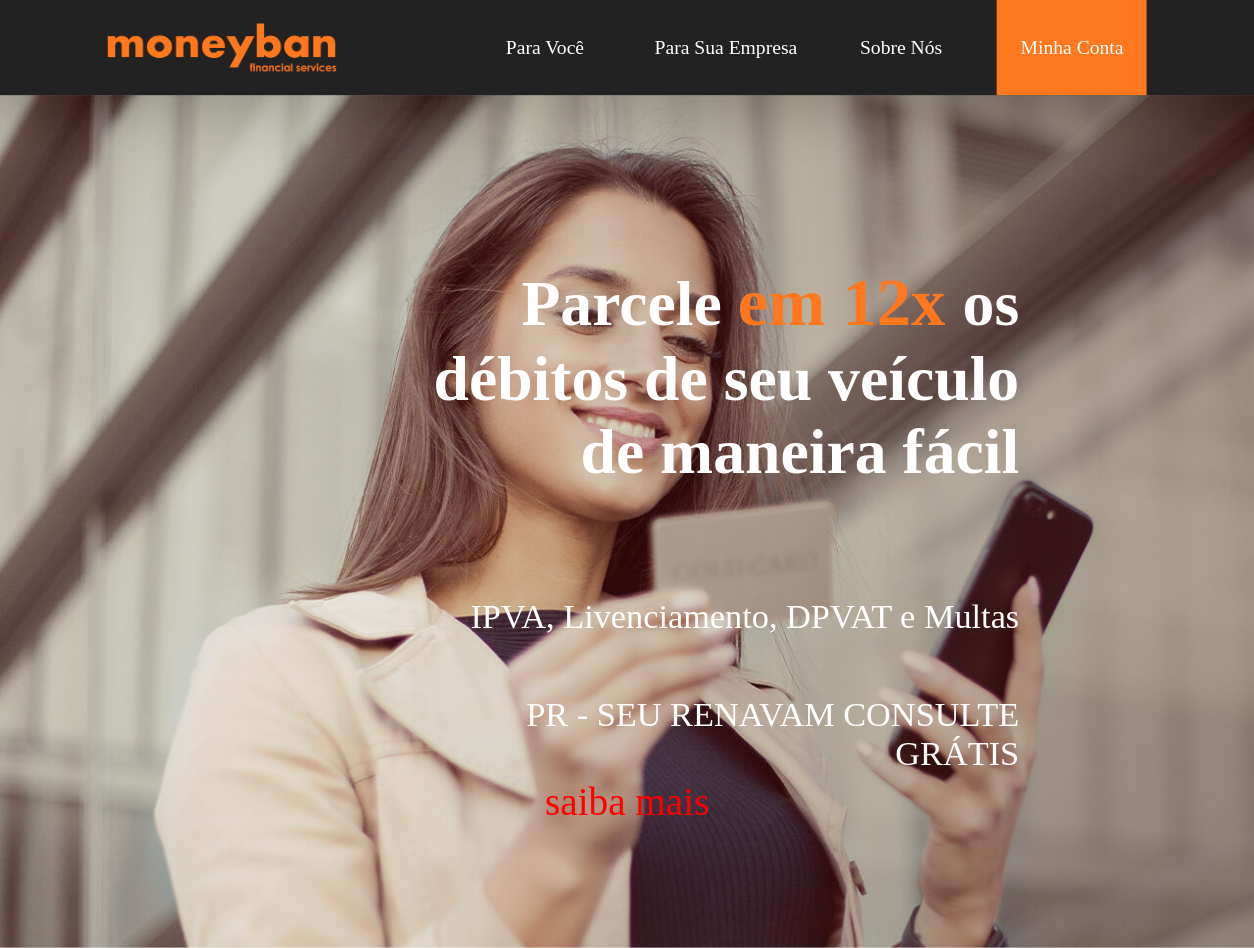
Repository: IvanCardoso91/moneyban
Page: index.html
The author's editor kept a copy of each file at every save. The page is drawn from the files as they stood at one save, then again after the next save.
The browser window is 1280 px wide. The pictures show the whole page, at 98% of full size.
Some icons come from a web library that is not loaded, so they are not drawn. Some web fonts or font styles are not loaded; a fallback is used.

Above is the page before, as saved 2020-12-15 14:43:21.

### index.html
<!DOCTYPE html>
<html lang="en">

<head>
    <meta charset="UTF-8">
    <meta name="viewport" content="width=device-width, initial-scale=1.0">
    <link rel="stylesheet" href="./style/main-style.css" type="text/css">
    <link href="/Repositorios/site-moneyban/assets/fontawesome-free/css/all.css" rel="stylesheet">
    <title>Moneyban</title>
    <div class="menu-box">
        <div class="site-title">
            <img src="./assets/img/moneyban 3.png" alt="moneyban" width="233" height="49" />
        </div>
        <div class="menu-options">
            <div style="height: 100%; display: flex;align-items: center;">
                <button onclick="myFunction('personal')" class="menu-options-btn menu-options-text">Para Você <i class="fas fa-chevron-down"></i></button>
                <div style="position: absolute; margin-top: 335px;">
                    <div id="myDropdown" class="dropdown-content">
                        <a>Detran Parcelado</a>
                        <a>Credito Pessoal <span>(em breve)</span></a>
                        <a>Conta Digital <span>(em breve)</span></a>
                        <a>Cartão Internacional <span>(em breve)</span></a>
                        <a>Seguro de Celular <span>(em breve)</span></a>
                    </div>
                </div>
            </div>
            <div style="height: 100%; display: flex;align-items: center;">
                <button onclick="myFunction('enterprise')" class="menu-options-btn menu-options-text">Para Sua Empresa <i class="fas fa-chevron-down"></i></button>
                <div style="position: absolute; margin-top: 295px;">
                    <div id="enterpriseDropdown" class="dropdown-content" style="margin-left: 18px;">
                        <a>Detran Parcelado Frota</a>
                        <a>Capital de Giro <span>(em breve)</span></a>
                        <a>Conta Digital <span>(em breve)</span></a>
                        <a>Cartão Internacional <span>(em breve)</span></a>
                    </div>
                </div>
            </div>
            <div style="height: 100%; display: flex;align-items: center;">
                <span class="menu-options-text"><a>Sobre Nós</a></span>
            </div>
            <div class="menu-options-my-account"><a>Minha Conta</a></div>
        </div>
    </div>
</head>

<body>
    <div class="box-img1">
        <div class="right-side-box">
            <span class="right-side-text">Parcele <span style="color: #FF781D !important; font-size: 70px; font-weight: bold"> em 12x </span> os débitos de seu veículo de maneira fácil</span>
        </div>
        <div class="right-side-box2">
            <span class="right-side-text2">IPVA, Livenciamento, DPVAT e Multas</span>
        </div>
        <div class="right-side-box3">
            <span class="right-side-text2">PR - SEU RENAVAM CONSULTE GRÁTIS</span>
        </div>
        <div class="center-know-more">
            saiba mais
        </div>
    </div>





    <script type="text/javascript" src="./script/main-index.js"></script>
</body>

</html>

### style/main-style.css
@font-face {
    font-family: 'Century Gothic';
    src: url('/Repositorios/site-moneyban/assets/fonts/Century_Gothic.ttf')
}

body {
    margin: 0px;
}

a {
    cursor: pointer;
}


/* MENU HEADER */

.menu-box {
    background-color: #222222;
    width: 100%;
    display: flex;
    flex-direction: row;
    justify-content: space-evenly;
    height: 97px;
}

.site-title {
    display: flex;
    align-items: center;
}

.title-text {
    color: #FF781D;
    font-family: 'Century Gothic';
    font-weight: bold;
}

.subtitle-text {
    color: #FF781D;
    font-family: 'Century Gothic';
}

.menu-options {
    display: flex;
    align-items: center;
    justify-content: flex-end;
}

.menu-options-text {
    color: #FFFFFF;
    font-size: 20px;
    font-family: 'Century Gothic';
    margin-left: 56px;
    background-color: #0000;
    border-color: #0000;
    cursor: pointer;
}

.menu-options-text:focus {
    outline: 0;
}

.menu-options-my-account {
    background-color: #FF781D;
    color: #FFFFFF;
    font-size: 20px;
    font-family: 'Century Gothic';
    margin-left: 56px;
    height: 100%;
    display: flex;
    align-items: center;
    padding: 0px 24px;
}

.fa-chevron-down {
    color: #FF781D;
    pointer-events: none;
}


/* FIM DO MENU HEADER */


/* DROPDOWN */

.dropdown {
    position: relative;
    display: inline-block;
}

.dropdown-content {
    display: none;
    font-size: 14px;
    font-family: 'Century Gothic';
    background-color: #222222B3;
    cursor: pointer;
    opacity: 1;
    border: 2px solid transparent;
    border-top-color: #FF781D;
    transition: all 2s ease-in-out;
}

.dropdown-content a {
    color: #FFFFFF !important
}

.dropdown-content span {
    color: #FF781D !important;
    font-size: 10px
}

.dropdown-content a {
    color: black;
    padding: 12px 16px;
    text-decoration: none;
    display: block;
}

.dropdown a:hover {
    background-color: #ddd;
}

.show {
    display: flex;
    flex-direction: column;
    align-content: flex-start;
    width: 292px;
    padding: 15px;
}


/* FIM DO DROPDOWN */

.box-img1 {
    display: flex;
    flex-direction: column;
    align-items: flex-end;
    height: 870px;
    background-image: url('/Repositorios/site-moneyban/assets/img/bg-home-parcelar-documentos-carro-moto.jpg');
}

.right-side-box {
    margin-top: 172px;
    margin-right: 240px;
    width: 608px;
    height: 321px;
    text-align: right;
}

.right-side-box2 {
    padding: 20px 0px;
    margin-right: 240px;
    width: 608px;
    height: 80px;
    text-align: right;
}

.right-side-box3 {
    margin-right: 240px;
    width: 608px;
    height: 85px;
    text-align: right;
}

.right-side-text {
    font-size: 65px;
    font-family: 'Century Gothic';
    font-weight: bold;
    color: #FFFFFF;
}

.right-side-text2 {
    font-size: 35px;
    font-family: 'Century Gothic';
    font-weight: normal;
    color: #FFFFFF;
}

.center-know-more {
    align-self: center;
    font-size: 40px;
    color: red;
    height: 17%;
}

### script/main-index.js
function myFunction(option) {
    if (option === 'personal') {
        document.getElementById("myDropdown").classList.toggle("show");
        document.getElementById("enterpriseDropdown").classList.remove("show")
    } else {
        document.getElementById("enterpriseDropdown").classList.toggle("show");
        document.getElementById("myDropdown").classList.remove("show");
    }

}

// Close the dropdown if the user clicks outside of it
window.onclick = function(event) {
    if (!event.target.matches('.menu-options-btn')) {
        var dropdowns = document.getElementsByClassName("dropdown-content");
        var i;
        for (i = 0; i < dropdowns.length; i++) {
            var openDropdown = dropdowns[i];
            if (openDropdown.classList.contains('show')) {
                openDropdown.classList.remove('show');
            }
        }
    }
}

// NAO ESQUECER DE ADICIONAR O MÉTODO POST
{
    /* <form method="post" action="https://consulta.moneyban.com.br/licenciamento.php" name="form">
    	<input type="text" placeholder="Nome Completo" name="cnome">
    	<input type="email" placeholder="E-mail" name="cemail">
    	<input type="tel" placeholder="Telefone" name="cphone">
    	<input type="text" placeholder="Renavam" id="renavam" name="crenavam" maxlength="11">
    	<input type="hidden" name="cparceiro" value="">
    	<input type="hidden" name="cuf" value="PR">
    	<button type="submit" >Consultar Grátis</button>
    </form> */
}

After the next save:
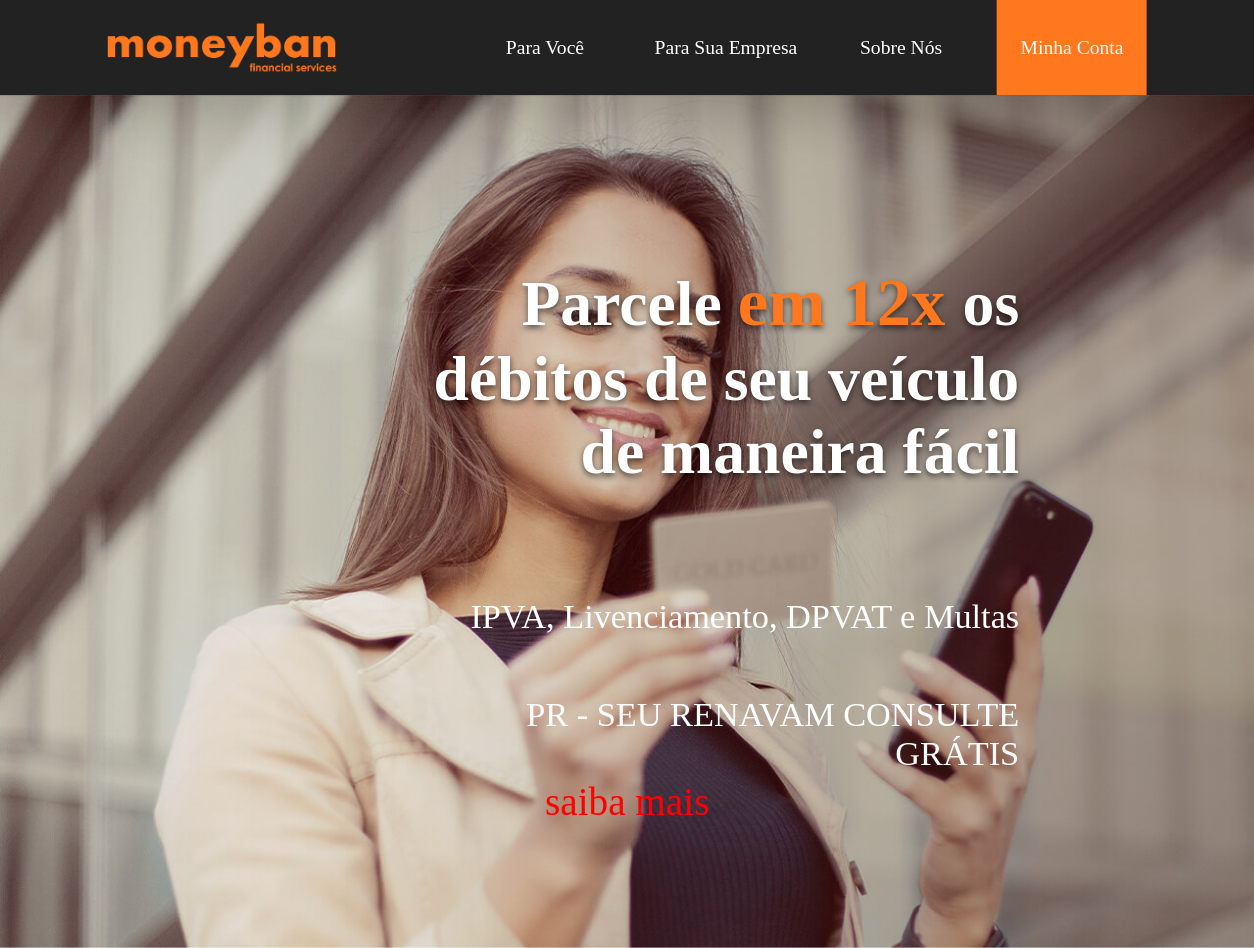
Saved 103 min 57 s later.
--- a/style/main-style.css
+++ b/style/main-style.css
@@ -166,6 +166,7 @@ a {
     font-family: 'Century Gothic';
     font-weight: bold;
     color: #FFFFFF;
+    text-shadow: 0px 3px 6px #00000099;
 }
 
 .right-side-text2 {
